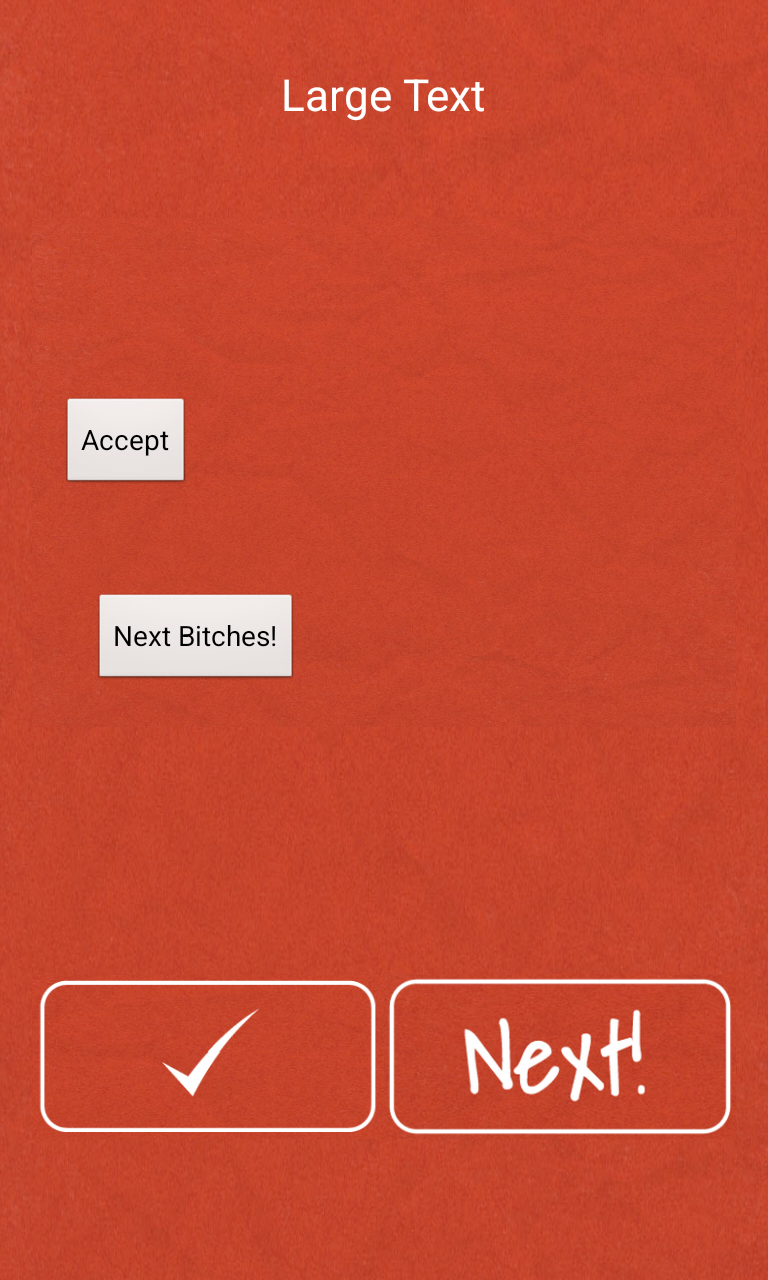
Repository: imhossu/FeedJulia
Layout: FeedJulia/res/layout/activity_place.xml
The author's editor kept a copy of each file at every save. The layout is drawn from the files as they stood at one save, then again after the next save.
It is drawn on a 768 x 1280 px phone screen (xhdpi) without system bars, with theme android:Theme.NoTitleBar; the app's code is not run.

Above is the layout before, as saved 2014-01-26 05:27:56.

After the next save:
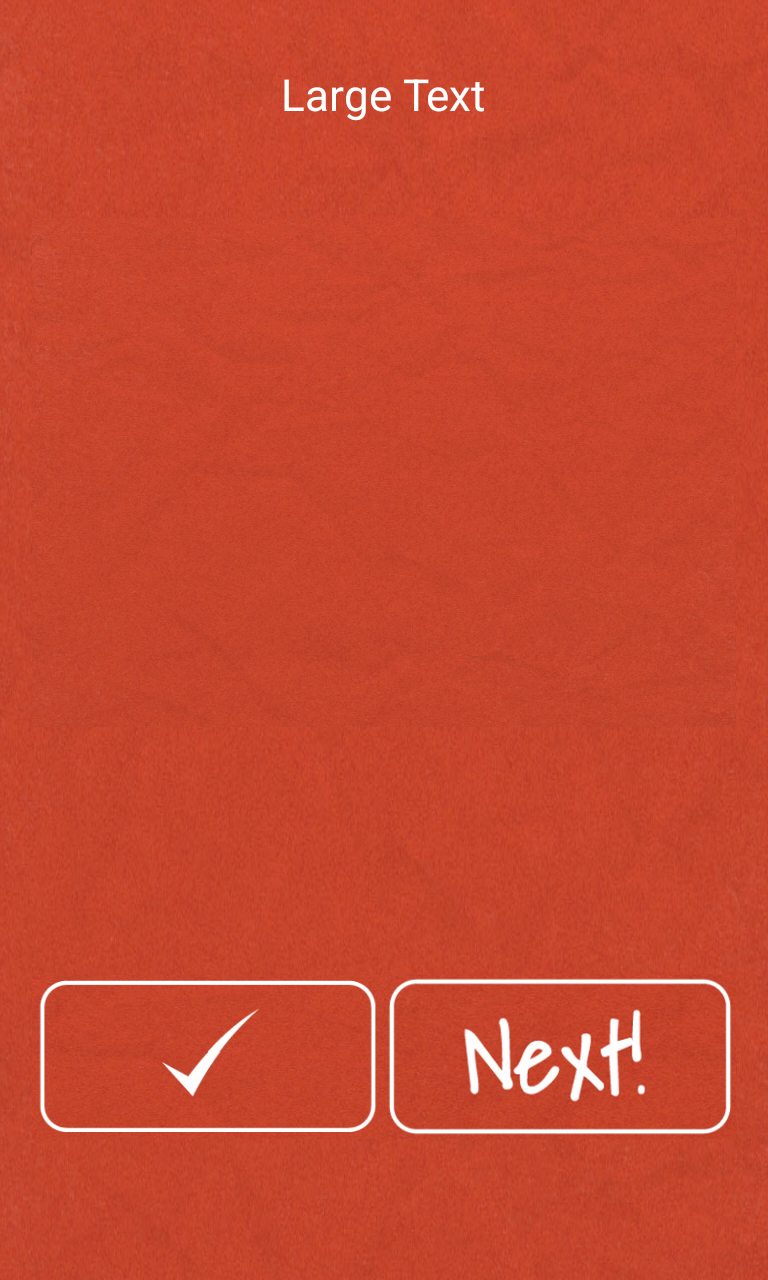
Saved 28 s later.
--- a/FeedJulia/res/layout/activity_place.xml
+++ b/FeedJulia/res/layout/activity_place.xml
@@ -30,24 +30,7 @@
         android:layout_centerHorizontal="true"
         android:src="@drawable/red" />
 
-    <Button
-        android:id="@+id/accept"
-        android:layout_width="wrap_content"
-        android:layout_height="wrap_content"
-        android:layout_above="@+id/next"
-        android:layout_alignLeft="@+id/image"
-        android:layout_marginBottom="50dp"
-        android:layout_marginLeft="14dp"
-        android:text="Accept" />
 
-    <Button
-        android:id="@+id/next"
-        android:layout_width="wrap_content"
-        android:layout_height="wrap_content"
-        android:layout_alignLeft="@+id/accept"
-        android:layout_centerVertical="true"
-        android:layout_marginLeft="16dp"
-        android:text="Next Bitches!" />
 
     <LinearLayout
         android:layout_width="wrap_content"
